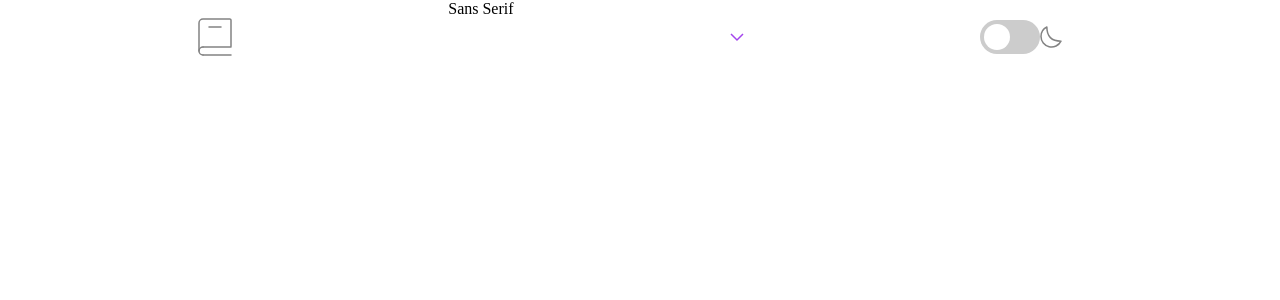
Repository: Arkitecth/dictionary-app
Page: index.html
An editor plug-in stored every save of this project. The page is shown before and after the next save, followed by the edit.
The browser window is 1280 px wide. The pictures show the whole page.

Above is the page before, as saved 2023-07-19 17:27:08.

### index.html
<!DOCTYPE html>
<html lang="en">
<head>
  <meta charset="UTF-8">
  <meta name="viewport" content="width=device-width, initial-scale=1.0">
  <link rel="stylesheet" href="styles.css">
  <title>Dictionary</title>
</head>
<body>
  <nav>
    <img src="assets/images/logo.svg" alt="logo">
    <p>Sans Serif</p>
    <img src="assets/images/icon-arrow-down.svg" alt="icon-arrow-down">


    <!-- Rounded switch -->
    <di class="togglers">
      <label class="switch">
        <input type="checkbox">
        <span class="slider round"></span>
      </label>
      <img src="assets/images/icon-moon.svg" alt="moon-icon">

    </div>
  </nav>



</body>
</html>

### styles.css

* {
    margin: 0;
    padding: 0;
}



/* Main Styling */

body {
    max-width: 1100px;
    margin: 0 auto;
}

nav {
    display: flex;
    justify-content: space-around;
}

.togglers {
    display: flex;
    padding: 20px;
}


/* The switch - the box around the slider */
.switch {
  position: relative;
  display: inline-block;
  width: 60px;
  height: 34px;
}

/* Hide default HTML checkbox */
.switch input {
  opacity: 0;
  width: 0;
  height: 0;
}

/* The slider */
.slider {
  position: absolute;
  cursor: pointer;
  top: 0;
  left: 0;
  right: 0;
  bottom: 0;
  background-color: #ccc;
  -webkit-transition: .4s;
  transition: .4s;
}

.slider:before {
  position: absolute;
  content: "";
  height: 26px;
  width: 26px;
  left: 4px;
  bottom: 4px;
  background-color: white;
  -webkit-transition: .4s;
  transition: .4s;
}

input:checked + .slider {
  background-color: #2196F3;
}

input:focus + .slider {
  box-shadow: 0 0 1px #2196F3;
}

input:checked + .slider:before {
  -webkit-transform: translateX(26px);
  -ms-transform: translateX(26px);
  transform: translateX(26px);
}

/* Rounded sliders */
.slider.round {
  border-radius: 34px;
}

.slider.round:before {
  border-radius: 50%;
}

After the next save:
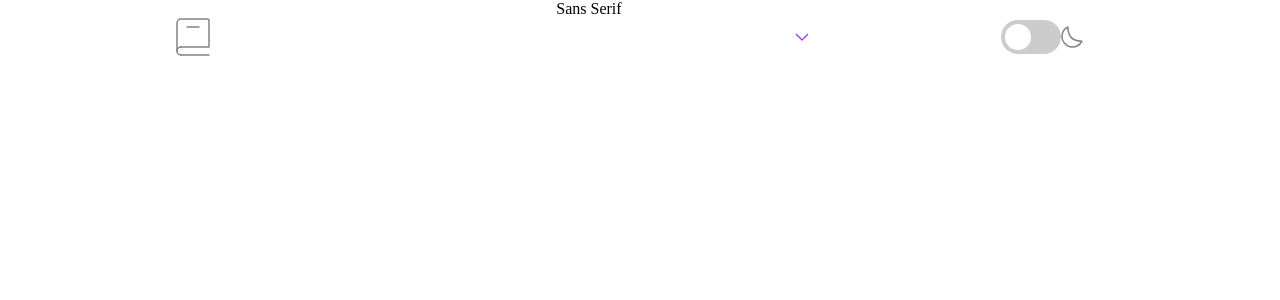
Saved 2 min 30 s later.
--- a/index.html
+++ b/index.html
@@ -9,6 +9,11 @@
 <body>
   <nav>
     <img src="assets/images/logo.svg" alt="logo">
+
+
+    <div class="fonts">
+
+    </div>
     <p>Sans Serif</p>
     <img src="assets/images/icon-arrow-down.svg" alt="icon-arrow-down">
 
@@ -20,7 +25,6 @@
         <span class="slider round"></span>
       </label>
       <img src="assets/images/icon-moon.svg" alt="moon-icon">
-
     </div>
   </nav>
 
